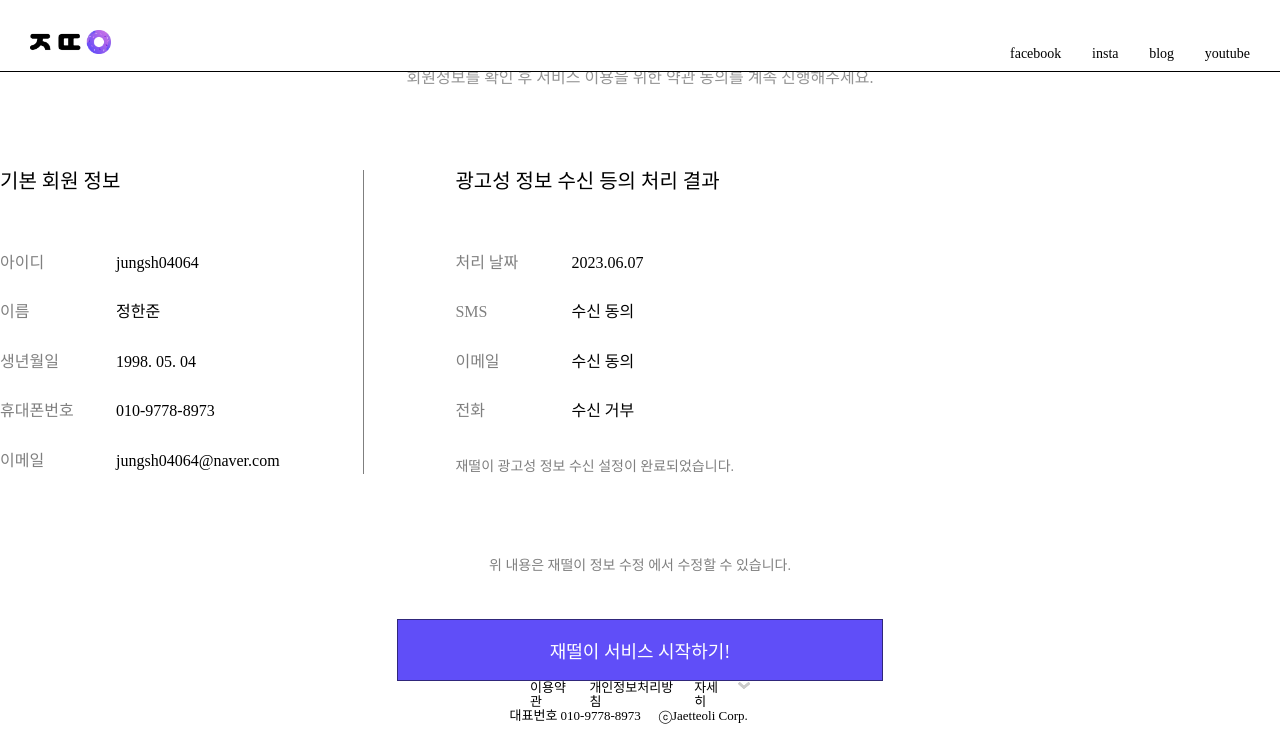
Repository: raoniee/Jaetteoli-React-Project
Page: /signup/complete
The author's editor kept a copy of each file at every save. The page is drawn from the files as they stood at one save, then again after the next save.
The browser window is 1280 px wide. The pictures show the whole page.
Some web fonts or font styles are not loaded; a fallback is used. The project was rebuilt for these pictures with package versions that can differ from the ones it lists, and the page was loaded fresh each time. Also part of the build but not shown: src/component/main/ManageReview.module.css, src/component/main/ReviewContainer.module.css, src/component/main/ReviewItem.module.css, src/component/main/ReviewItem.js, src/component/main/ReviewContainer.js, src/component/sidebar/SideBar.module.css, src/component/sidebar/SideBar.js, src/component/main/ManageReview.js and 53 more.

Above is the page before, as saved 2023-07-06 21:50:54.

After the next save:
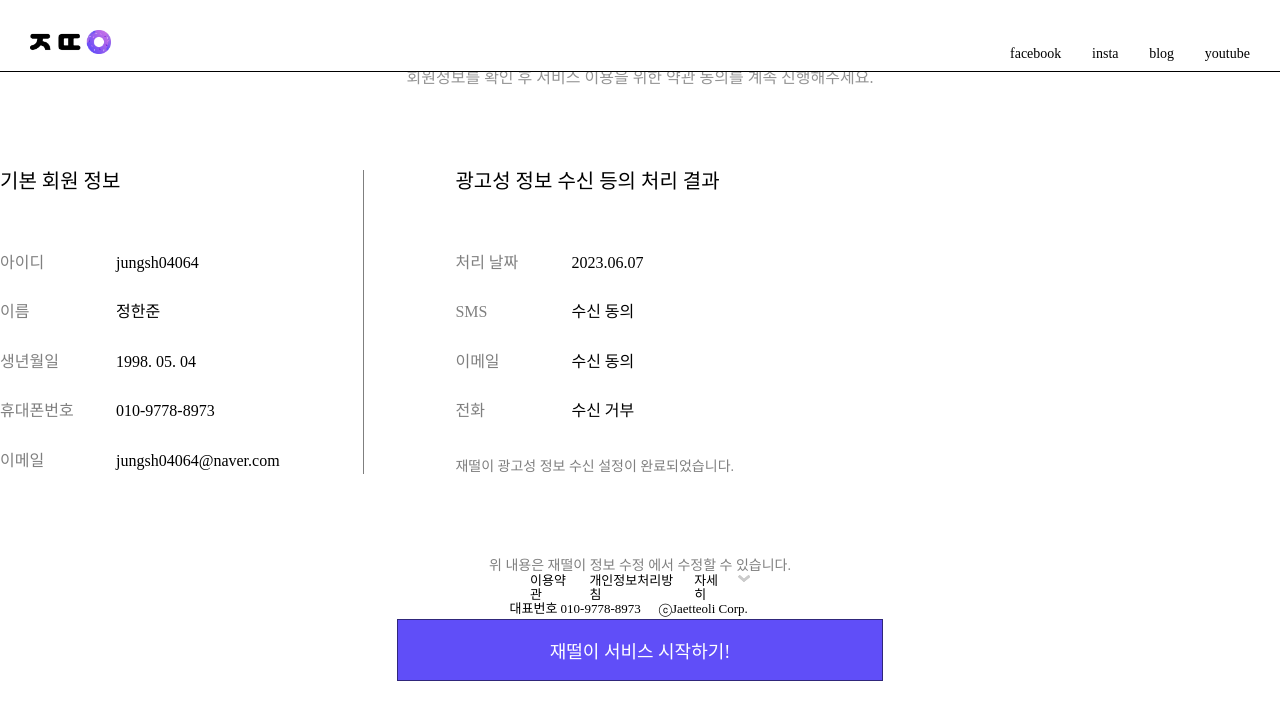
Saved 12 s later.
--- a/src/component/memberShip/MembershipEnd.module.css
+++ b/src/component/memberShip/MembershipEnd.module.css
@@ -118,8 +118,9 @@
 }
 
 .bluebutton {
-  display: block;
-  margin: 0 auto;
+  position: absolute;
+  left: 50%;
+  transform: translate(-50%, 0);
   width: 486px;
   height: 62px;
   background-color: rgba(96, 78, 248, 1);
